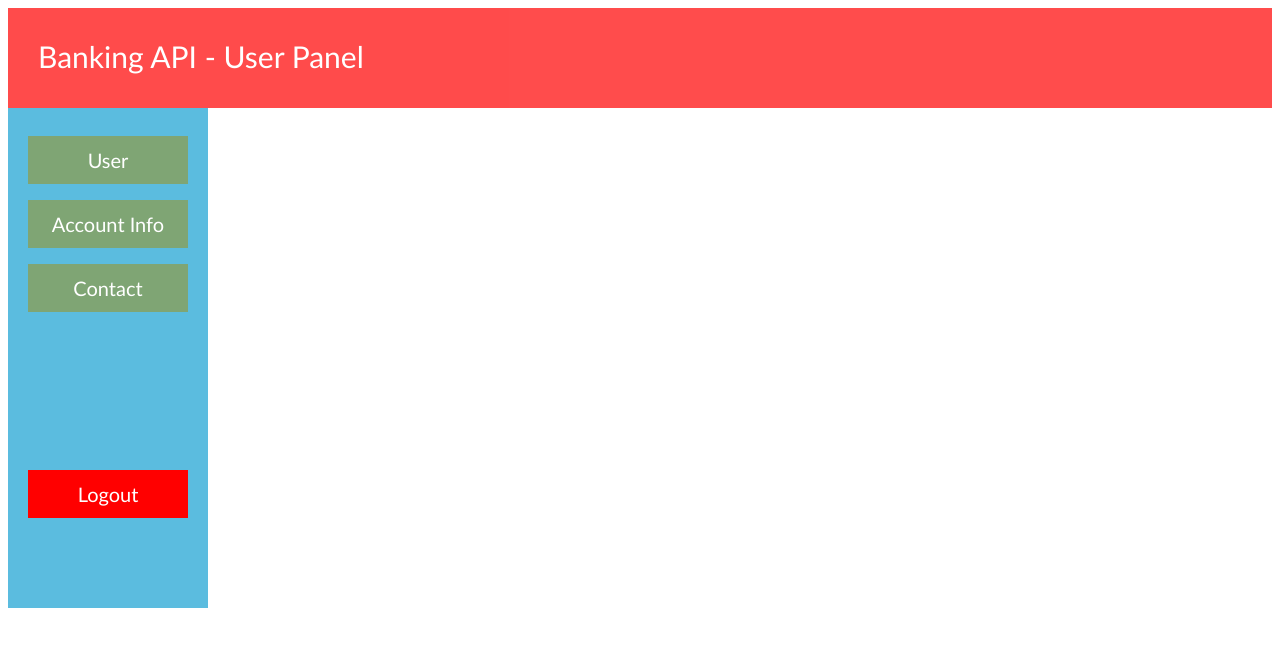
Repository: kennyufish/Revature_ROCP1_Project_Banking_API
Page: banking_api/src/main/webapp/adminInfo.html
The author's editor kept a copy of each file at every save. The page is drawn from the files as they stood at one save, then again after the next save.
The browser window is 1280 px wide. The pictures show the whole page.

Above is the page before, as saved 2020-10-13 18:50:51.

### banking_api/src/main/webapp/adminInfo.html
<!DOCTYPE html>
<html>
<head>
<meta charset="ISO-8859-1">
<meta name="viewport" content="width=device-wirdth, initial-scale=1">
<link rel="stylesheet" type="text/css" href="bankapi.css"/>
<style>
* {
	font-size: 20px;
}

</style>
<title>User Panel</title>
</head>
<body>
	<header class="adminInfoHeader">Banking API - User Panel</header>
	<section>
		<nav>
			<form action="userInfo" method="post">
				<button type="submit">User</button>
			</form>
			<form action="displayAccount" method="post">
				<button type="submit">Account Info</button>
			</form>

			<form action="contacts" method="post">
				<button type="submit">Contact</button>
			</form>

			<form action="logout" method="post">
				<button class="logoutButton" type="submit">Logout</button>
			</form>
		</nav>
	</section>

</body>
</html>

### banking_api/src/main/webapp/bankapi.css
* {
	font-family: "Trebuchet MS", Arial, Helvetica, sans-serif;
	box-sizing: border-box;
}

.loginInput {
	width: 100%;
	padding: 10px 15px;
	margin: 8px 0;
	display: inline-block;
	boxing-sizing: border-box;
}

.loginLayout {
	font-size: 20px;
	background-color: powderblue;
	border: 2px solid black;
	padding: 30px;
	width: 35%;
	margin: 20px auto;
}

.topNoticeGreen {
	color: black;
	background-color: green;
	width: 100%;
	padding: 20px;
	text-align: center;
}

.topNoticeWarning {
	color: black;
	background-color: red;
	width: 100%;
	padding: 20px;
	text-align: center;
}

.topNoticeUpdateSuccess {
	color: white;
	background-color: green;
	width: 100%;
	padding: 20px;
	text-align:left;
}

.topNoticeUpdateFail {
	color: black;
	background-color: red;
	width: 100%;
	padding: 20px;
	text-align:left;
}

.userInfoHeader {
	background-color: #007AA6;
}

.userModifyInput {
	width: 100%;
}

.UserLayout {
	font-size: 20px;
	background-color: powderblue;
	border: 2px solid black;
	padding: 20px;
	width: 100%;
	height: 550px;
	margin: 0 auto;
}

.logoutButton {
	background-color: red;
	color: white;
	padding: 12px 15px;
	margin: 8px 0;
	border: none;
	cursor: pointer;
	width: 100%;
	margin-top: 150px;
}

.subHeading1 {
	font-size: 25px;
	background-color: #007AA6;
	color: white;
	padding: 12px 10px;
	margin: 8px 0;
	border: none;
	width: 800px;
}

.smallButton {
	background-color: #804000;
	color: white;
	padding: 12px 10px;
	margin: 8px 0;
	margin-right:8px;
	border: none;
	cursor: pointer;
	width: 150px;
}

.smallButtonFullWidth {
	background-color: #804000;
	color: white;
	padding: 12px 10px;
	margin: 8px 0;
	margin-right:8px;
	border: none;
	cursor: pointer;
	width: 100%;
}

.adminInfoHeader{
	background-color: #ff0000;
}

.adminInfoNav{
	background-color: #ff8080;
}

.adminInfoArticle{
	background-color: #fddfdf;
}

/*Common styling*/
header{
	opacity: 0.7;
	color: white;
	padding: 30px;
	font-size: 30px;
	height: 100px;
	width: 100%;
}
nav{
	float: left;
	width: 200px;
	background-color: #5BBCDF;
	padding: 20px;
	height: 500px;
}
article {
	witdth: 100%;
	height: 500px;
	background-color: powderblue;
	padding: 20px;
	margin-left: 200px;
	overflow: auto;
}

th {
	background-color: #007AA6;
	color: white;
}

tr:hover {
	background-color: #7FA574;
}

table, td, th {
	border-collapse: collapse;
	text-align: left;
	border: 1px solid black;
	padding: 8px 15px;
	width:800px;
}

button {
	background-color: #7FA574;
	color: white;
	padding: 12px 10px;
	margin: 8px 0;
	border: none;
	cursor: pointer;
	width: 100%;
}

button:hover {
	opacity: 0.7
}

After the next save:
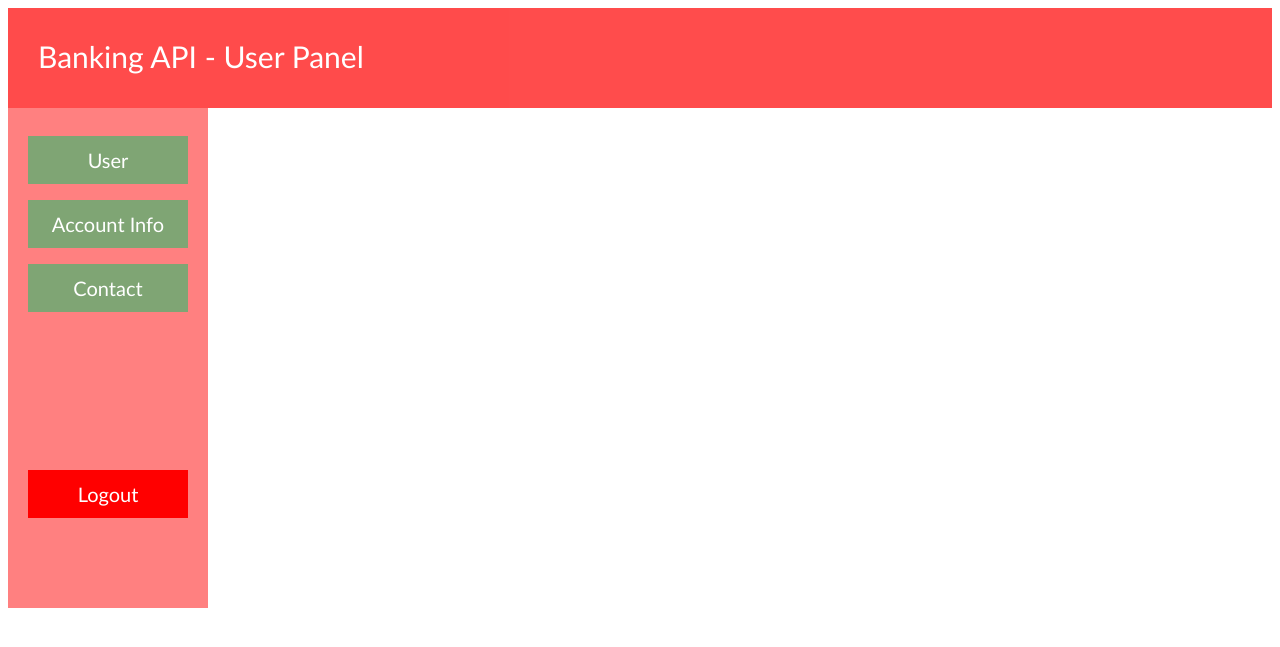
Saved 20 s later.
--- a/banking_api/src/main/webapp/adminInfo.html
+++ b/banking_api/src/main/webapp/adminInfo.html
@@ -15,7 +15,7 @@
 <body>
 	<header class="adminInfoHeader">Banking API - User Panel</header>
 	<section>
-		<nav>
+		<nav class="adminInfoNav">
 			<form action="userInfo" method="post">
 				<button type="submit">User</button>
 			</form>
